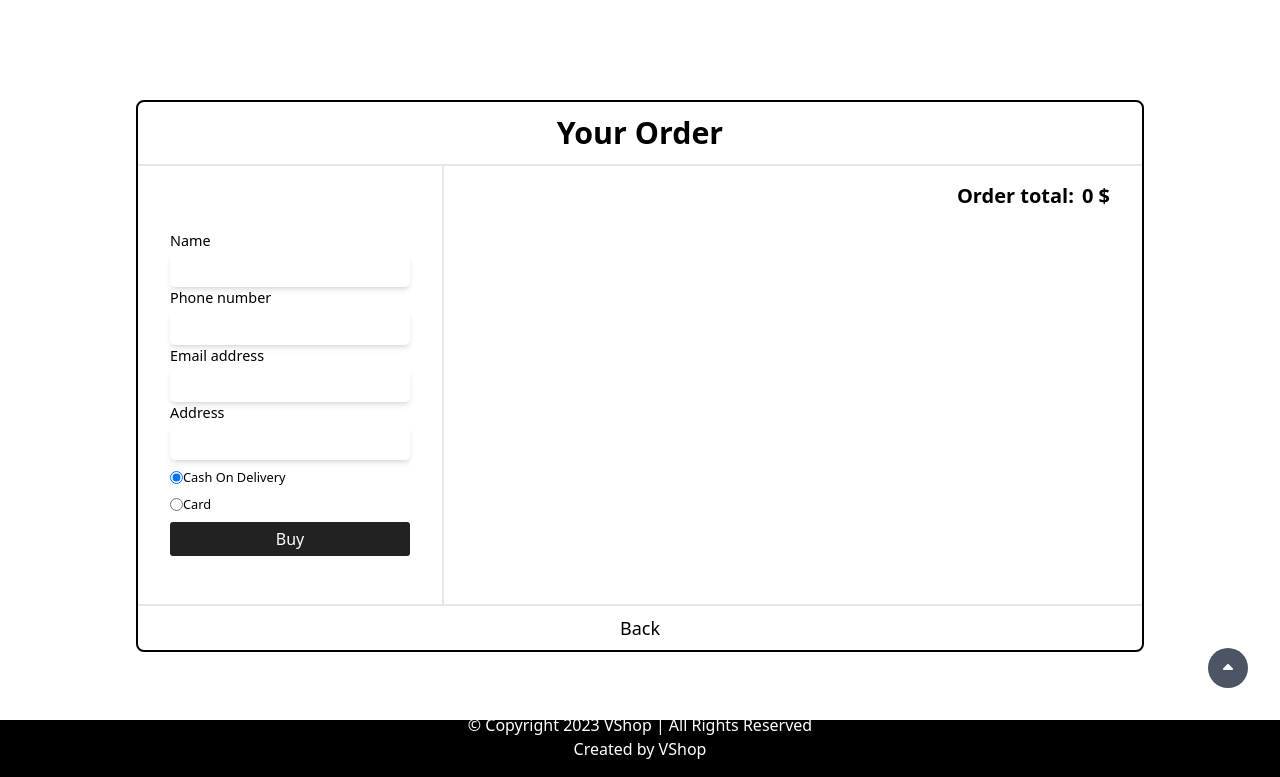
Repository: Kith933UTH/VSHOP
Page: /payment
These files come from the project's save history. The page is drawn as it stood at one moment and after the next save; the edit follows.
The browser window is 1280 px wide. The pictures show the whole page.
Pictures or frames that could not be fetched are drawn as grey boxes. The project was rebuilt for these pictures with package versions that can differ from the ones it lists, and the page was loaded fresh each time. Also part of the build but not shown: src/components/product-item/ProductItem.js, src/components/loader/Loader.js, src/constants/constants.js, src/components/product-filters/Category.js, src/components/product-filters/Price.js, src/components/product-filters/Rating.js, src/components/product-filters/ProductFilters.js, src/components/cart-shopping/CartEmpty.js and 21 more.

Above is the page before, as saved 2023-08-05 00:27:50.

### public/index.html
<!DOCTYPE html>
<html lang="en">
  <head>
    <meta charset="utf-8" />
    <link rel="icon" href="./logo.png" />
    <meta name="viewport" content="width=device-width, initial-scale=1" />
    <meta name="theme-color" content="#000000" />
    <meta
      name="description"
      content="Web site created using create-react-app"
    />
    <link rel="apple-touch-icon" href="%PUBLIC_URL%/logo192.png" />
    <!--
      manifest.json provides metadata used when your web app is installed on a
      user's mobile device or desktop. See https://developers.google.com/web/fundamentals/web-app-manifest/
    -->
    <link rel="manifest" href="%PUBLIC_URL%/manifest.json" />
    <!--
      Notice the use of %PUBLIC_URL% in the tags above.
      It will be replaced with the URL of the `public` folder during the build.
      Only files inside the `public` folder can be referenced from the HTML.

      Unlike "/favicon.ico" or "favicon.ico", "%PUBLIC_URL%/favicon.ico" will
      work correctly both with client-side routing and a non-root public URL.
      Learn how to configure a non-root public URL by running `npm run build`.
    -->
    <title>VShop</title>
  </head>
  <body>
    <noscript>You need to enable JavaScript to run this app.</noscript>
    <div id="root"></div>
  </body>
</html>

### src/index.js
import React from 'react'
import ReactDOM from 'react-dom/client'
import App from './App'
import {Provider} from "react-redux"
import {BrowserRouter} from "react-router-dom"
import {store} from "./redux"
import './index.css'

const root = ReactDOM.createRoot(document.getElementById('root'))
root.render(
    <Provider store={store}>
        <BrowserRouter>
            <App />
        </BrowserRouter>
    </Provider>
)

### src/redux/index.js
import {configureStore} from "@reduxjs/toolkit"
import {productsApi} from "./products/products.api"
import {productReducer} from "./products/products.slice"
import {setupListeners} from "@reduxjs/toolkit/query"

export const store = configureStore({
    reducer: {
        [productsApi.reducerPath]: productsApi.reducer,
        product: productReducer
    },
    middleware: getDefaultMiddleware => getDefaultMiddleware().concat(productsApi.middleware)
})

setupListeners(store.dispatch)

### src/index.css
@tailwind base;
@tailwind components;
@tailwind utilities;

@layer utilities {
    input[type="number"]::-webkit-inner-spin-button,
    input[type="number"]::-webkit-outer-spin-button {
        @apply appearance-none;
    }
}

html, body {
    width: 100%;
    height: 100%;
}

body::-webkit-scrollbar,
.box-item::-webkit-scrollbar,
.search-box::-webkit-scrollbar{
    width: 8px;
}

main {
    display: flex;
    flex-direction: column;
    height: 100%;
}

body::-webkit-scrollbar-thumb,
.box-item::-webkit-scrollbar-thumb,
.search-box::-webkit-scrollbar-thumb{
    background-color: #ccc;
    border-radius: 20px;
}

#root {
    height: 100%;
}

body {
    overflow: hidden;
}

.productItem:hover {
    transition: opacity .3s linear;
    opacity: .5;
}

.box-item {
    height: 320px;
    overflow-y: scroll;
}

/* Loader */
.loader-box {
    width: 100px;
    height: 100px;
    display: flex;
    justify-content: center;
    align-items: center;
    margin: 50px auto 0;
}

.loader{
    position: relative;
    width: 70px;
    height: 70px;
}

.loader span {
    position: absolute;
    top:0;
    left: 0;
    width: 100%;
    height: 100%;
    transform: rotate(calc(18deg * var(--i)));
}

.loader span::before {
    content:'';
    position: absolute;
    top: 0;
    left: 0;
    width: 10px;
    height: 10px;
    background: #000;
    border-radius: 50%;
    transform: scale(0);
    animation: animate 2s linear infinite;
    animation-delay: calc(0.1s * var(--i));
}
@keyframes animate {
    0%{
        transform: scale(0);
    }
    10%{
        transform: scale(1.2);
    }
    80%,100%{
        transform: scale(0);
    }
}

### src/context/context.js
import {createContext} from "react"

export const Context = createContext()

### src/components/footer/Footer.js
import React from "react"
import { Contact } from "../contact/Contact"
import { Policy } from "../policy/Policy"
export function Footer() {
    return (
        <footer className='bg-black text-white in-h-fit'>
            {/* <div className='max-w-[1240px] mx-auto py-2 text-sm sm:text-base'>
                <div className='flex justify-center'>
                    <a href='https://github.com/VolodymyrGoshko/react-shop'
                       target='_blank'
                       rel="noreferrer"
                       className='capitalize border-b mb-3 text-base hover:text-gray-300 transition'
                    >
                        view source code on github
                    </a>
                </div>
                <div className='flex justify-center flex-col items-center'>
                    <p className='text-center'>© Copyright 2022 React Shop | All Rights Reserved</p>
                    <a href='https://www.linkedin.com/in/volodymyr-goshko-656ab920b/'
                       target="_blank"
                       rel="noreferrer"
                       className='hover:text-gray-300 transition'
                    >
                        Created by Volodymyr Goshko
                    </a>
                </div>
            </div> */}
            <Contact />
            <Policy />
            <div className='flex justify-center flex-col items-center my-4'>
                    <p className='text-center'>© Copyright 2023 VShop | All Rights Reserved</p>
                    <a href='#' className='hover:text-gray-300 transition' >
                        Created by VShop
                    </a>
                </div>
        </footer>
    )
}

### src/components/btn-scroll/BtnScroll.js
import React from "react"
import {FontAwesomeIcon} from "@fortawesome/react-fontawesome"
import {faCaretUp} from "@fortawesome/free-solid-svg-icons"

export function BtnScroll() {
    const topClick = () => {
        const body = document.querySelector('body').getBoundingClientRect().top + window.scrollY
        window.scroll({
            top: body,
            behavior: 'smooth'
        })
    }

    return (
        <button
            className='fixed bottom-8 right-4 bg-gray-600 text-white rounded-full w-[30px] h-[30px] md:w-[40px] md:h-[40px] md:right-8 md:bottom-8 z-20 shadow-gray-600'
            onClick={topClick}
        >
            <FontAwesomeIcon icon={faCaretUp}/>
        </button>
    )
}

### src/components/payment/Payment.js
import React from "react"
import {useDispatch, useSelector} from "react-redux"
import { Link, useNavigate } from "react-router-dom"
import { CartItemPayment } from "./CartItemPayment"
import './index.css'
export function Payment({login}) {
    const navigate = useNavigate()
    const {cart, btnCart} = useSelector(state => state.product)
    const totalPrice = () => {
        let price = 0
        cart.forEach(item => price += item.price * item.quantity)
        return Math.round(price * 0.9 * 100) / 100
    }

    return (
        <div className="payment-page text-center m-5-auto flex justify-center">
            <div className="border-2 rounded-lg border-black w-max h-fit">
            <h2 className="p-2">Your Order</h2>
            <div className="flex flex-row justify-center border-y-2">
                <form className="border-none bg-none m-0" action="/success">
                    <p>
                        <label>Name</label><br/>
                        <input className='shadow-md' type="text" name="name" required />
                    </p>
                    <p>
                        <label>Phone number</label><br/>
                        <input className='shadow-md' type="tel" name="tel" required />
                    </p>
                    <p>
                        <label>Email address</label><br/>
                        <input className='shadow-md' type="email" name="email" required />
                    </p>
                    <p>
                        <label>Address</label><br/>
                        <input className='shadow-md'  type="text" name="address" required />
                    </p>
                    <p className='flex justify-start pt-2'>
                        <input className='' type="radio" name="checkbox" defaultChecked/> <span>Cash On Delivery</span>
                    </p>
                    <p className='flex justify-start py-2'>
                        <input className='' type="radio" name="checkbox" /> <span>Card</span>
                    </p>

                    <p>
                        <button id="sub_btn"  type="submit">Buy</button>
                    </p>
                </form>
                <div className={`min-w-[700px] border-l-2 px-4 ${cart.length > 2 ? 'box-item' : ''}`}>
                    {cart.map(item => <CartItemPayment key={item.id} item={item}/>)}
                    <div className='flex justify-center sm:justify-end pt-4'>
                        <div className='w-fit rounded-xl flex flex-col justify-between items-center sm:flex-row'>
                            <div className='mr-0 sm:mr-4 font-semibold'>
                                <span className='mr-2 text-base sm:text-xl'>Order total:</span>
                                <span className='text-base sm:text-xl'>{totalPrice()} $</span>
                            </div>
                        </div>
                    </div>
                </div>
            </div>
            <footer>
                <button className="text-lg p-2" onClick={() => navigate(-1)}>Back</button>
            </footer>
            </div>
        </div>
    )
}

### src/redux/products/products.api.js
import {createApi, fetchBaseQuery} from "@reduxjs/toolkit/query/react"

export const productsApi = createApi({
    reducerPath: 'products/api',
    baseQuery: fetchBaseQuery({
        baseUrl: 'https://fakestoreapi.com'
    }),
    // refetchOnFocus: true,
    endpoints: build => ({
        getProductsAll: build.query({
            query:() => ({
                url: '/products'
            })
        }),
        getProductById: build.query({
            query:(id) => ({
                url: `/products/${id}`
            })
        }),
        getProductByCategory: build.query({
            query:(category) => ({
                url: `/products/category/${category}`
            })
        })
    })
})

export const {
    useGetProductsAllQuery,
    useGetProductByIdQuery,
    useGetProductByCategoryQuery
} = productsApi

### src/components/policy/Policy.js
import React from "react"
import { Link } from "react-router-dom"
export function Policy() {
    return (
        <div className='text-white in-h-fit max-w-[1240px] mx-auto py-2 text-sm sm:text-base flex justify-around items-cente'>
            <Link className='text-lg font-medium text-center' to='/return-policy'>
                RETURN POLICIES
            </Link>
            <Link className='text-lg font-medium text-center' to='/warranty-policy'>
                WARRANTY POLICIES
            </Link>
            <Link className='text-lg font-medium text-center' to='/shipping-policy'>
                SHIPPING POLICIES
            </Link>
        </div>
    )
}

### src/components/login/index.css
/* .m-5-auto {
    margin: 5rem auto
} */

.primary-button {
    margin-top: 5rem;
    margin-right: 1rem;
    padding: .6rem;
    width: 10rem;
    background: #222;
    border: none;
    color: #fff;
    font-size: 1.2rem;
    transition: all .5s;
    cursor: pointer;
    text-transform: capitalize
}

/***    Landing Page     ***/
.main-title,
.main-para {
    color: #f1f1f1
}

.main-title {
    padding-top: 10rem;
    font-size: 5rem;
    font-family: 'Fascinate', cursive;
    text-transform: uppercase
}

.main-para {
    font-size: 2.5rem;
    text-Transform: capitalize
}

#reg_btn span {
    display: inline-block;
    position: relative;
    transition: 0.5s;
}

#reg_btn span:after {
    content: '\00bb';
    position: absolute;
    opacity: 0;
    top: 0;
    right: -20px;
    transition: 0.5s;
}

#reg_btn:hover span {
  padding-right: 25px;
}

#reg_btn:hover span:after {
  opacity: 1;
  right: 0;
}

/***    Login Page     ***/
.login-page h2 {
    font-weight: 700;
    font-size: 1.9rem;
}
.login-page {
    position: fixed;
    top: 0;
    left: 0;
    right: 0;
    bottom: 0;
    z-index: 10;
    background-color: white;
    padding-top: 100px;
}

.login-page form {
    display: inline-block;
    background: #f3f3f3;
    border: 1px solid #ddd;
    border-radius: 2px;
    padding: 2rem;
    margin: 2rem 0 1rem 0
}

.login-page form label {
    float: left;
    font-size: .9rem;
    margin: 0;
    padding: 0
}

.right-label {
    float: right;
    cursor: pointer
}

.login-page input {
    width: 15rem;
    padding: .3rem;
    border-radius: 5px;
    outline: none;
    border: none
}

#sub_btn {
    display: block;
    width: 100%;
    padding: .3rem;
    border: none;
    background: #222;
    color: #fff;
    border-radius: 3px;
}

#sub_btn:hover {
    background: #333;
    transition: all .5s
}

/* footer p {
    margin: 0;
    font-size: .9rem
} */

/***    Register Page     ***/
#checkbox {
    width: 1rem
}

form span {
    font-size: .8rem
}

#reset_pass_lbl {
    float: left
}

/***    Home Page     ***/
.home-page-title {
    color: #222
}


.register-page input {
    width: 15rem;
    padding: .3rem;
    border-radius: 5px;
    outline: none;
    border: none
}

.register-page h2 {
    font-weight: 700;
    font-size: 1.9rem;
}
.register-page {
    position: fixed;
    top: 0;
    left: 0;
    right: 0;
    bottom: 0;
    z-index: 10;
    background-color: white;
    padding-top: 100px;
}

.register-page form {
    display: inline-block;
    background: #f3f3f3;
    border: 1px solid #ddd;
    border-radius: 2px;
    padding: 2rem;
    margin: 2rem 0 1rem 0
}

.register-page form label {
    float: left;
    font-size: .9rem;
    margin: 0;
    padding: 0
}

### src/components/payment/index.css
.payment-page input:not(.payment-page input[type=radio]){
    width: 15rem;
    padding: .3rem;
    border-radius: 5px;
    outline: none;
    border: none
}

.payment-page h2 {
    font-weight: 700;
    font-size: 1.9rem;
}
.payment-page {
    position: fixed;
    top: 0;
    left: 0;
    right: 0;
    bottom: 0;
    z-index: 10;
    background-color: white;
    padding-top: 100px;
}

.payment-page form {
    display: inline-block;
    padding: 2rem;
    margin: 2rem 0 1rem 0
}

.payment-page form label {
    float: left;
    font-size: .9rem;
    margin: 0;
    padding: 0
}

### src/components/contact/index.css
.contact-section {
    /* height: 96vh; */
    width: 100%;
    border-bottom: 1px solid #999;
}

.form-area {
    position: relative;
    /* height:84vh; */
    width: 100%;
    background: black;
    -webkit-box-sizing: border-box;
    box-sizing: border-box;
}

.form-area .form-wrap {
    /* position: absolute; */
    /* left: 50%;
    -webkit-transform: translateX(-50%);
    -ms-transform: translateX(-50%);
    transform: translateX(-50%); */
    width: 1120px;
    background-color: white;
    background-size: cover;
    background-position: center;
    border-radius: 0.2rem;
    -webkit-box-sizing: border-box;
    box-sizing: border-box;
    -webkit-box-shadow: 0 0 0.4rem 0 #999;
    box-shadow: 0 0 0.4rem 0 #999;
}

.form-wrap .title {
    padding-top: 2.4rem;
    width: 100%;
    -webkit-box-sizing: border-box;
    box-sizing: border-box;
}

.form-wrap .title h1 {
    color: black;
    font-size: 2.6rem;
    text-align: center;
}

.form-wrap .contact-area {
    padding-top: 3rem;
    display: -webkit-box;
    display: -ms-flexbox;
    display: flex;
    width: 100%;
    height: auto;
    -webkit-box-sizing: border-box;
    box-sizing: border-box;
}

.contact-area .contact-info {
    display: flex;
    flex-direction: column;
    justify-content: center;
    align-items: center;
    width: 35%;
    height: 100%;
    margin-left: 6rem;
}

.contact-info>div {
    margin-bottom: 1rem;
    display: -webkit-box;
    display: -ms-flexbox;
    display: flex;
    -webkit-box-align: center;
    -ms-flex-align: center;
    align-items: center;
}

.contact-info>div>p {
    color: #333;
    font-size: 1.4rem;
    font-weight: 500;
    text-align: center;
}

.contact-info>div>span {
    color: #61790a;
    font-size: 2rem;
    margin-right: 0.8rem;
}

.contact-area .contact-form {
    display: -webkit-box;
    display: -ms-flexbox;
    display: flex;
    -webkit-box-orient: vertical;
    -webkit-box-direction: normal;
    -ms-flex-direction: column;
    flex-direction: column;
    width: 60%;
    height: auto;
    padding: 0 3rem;
    -webkit-box-sizing: border-box;
    box-sizing: border-box;
}

.contact-form .name-field {
    display: -webkit-box;
    display: -ms-flexbox;
    display: flex;
    -webkit-box-pack: justify;
    -ms-flex-pack: justify;
    justify-content: space-between;
}

.name-field .input-area {
    width: 48%;
}

.contact-form .input-area {
    position: relative;
    margin-bottom: 2rem;
}

.input-area input {
    height: 3rem;
    width: 100%;
    color: #333;
    font-size: 1.2rem;
    border: 2px solid #fff;
    border-radius: 0.2rem;
    /* background: #eff; */
    -webkit-box-shadow: 0 0 0.1rem #666;
    box-shadow: 0 0 0.1rem #666;
    outline: none;
    padding: 0 1rem;
    -webkit-box-sizing: border-box;
    box-sizing: border-box;
    -webkit-transition: all 0.3s ease;
    -o-transition: all 0.3s ease;
    transition: all 0.3s ease;
}

.input-area label {
    position: absolute;
    top: 50%;
    left: 1rem;
    -webkit-transform: translateY(-50%);
    -ms-transform: translateY(-50%);
    transform: translateY(-50%);
    color: #333;
    font-size: 1.2rem;
    font-weight: 500;
    -webkit-transition: all 0.3s ease;
    -o-transition: all 0.3s ease;
    transition: all 0.3s ease;
}

.input-area input:focus~label,
.input-area input:valid~label {
    top: -0.8rem;
    left: 0;
    color: #fff;
    background: #111;
    border-radius: 5px;
    padding: 0.2rem;
    font-size: 1rem;
}

.contact-form .message-area {
    position: relative;
    -webkit-box-flex: 1;
    -ms-flex: 1 1 auto;
    flex: 1 1 auto;
    height: 200px;
    width: 100%;
}

.message-area textarea {
    height: 100%;
    width: 100%;
    border: 2px solid #fff;
    outline: none;
    font-size: 1.2rem;
    padding: 1rem;
    color: #333;
    -webkit-box-sizing: border-box;
    box-sizing: border-box;
    -webkit-box-shadow: 0 0 0.1rem #666;
    box-shadow: 0 0 0.1rem #666;
    border-radius: 0.2rem;
    resize: vertical;
    -webkit-transition: all 0.3s ease;
    -o-transition: all 0.3s ease;
    transition: all 0.3s ease;
}

.message-area label {
    position: absolute;
    color: #333;
    font-weight: 500;
    font-size: 1.2rem;
    top: 1rem;
    left: 1rem;
    -webkit-transition: all 0.3s ease;
    -o-transition: all 0.3s ease;
    transition: all 0.3s ease;
}

.message-area textarea:focus~label,
.message-area textarea:valid~label {
    top: -1.6rem;
    left: 0;
    color: #fff;
    padding: 0.2rem;
    background: #111;
    font-size: 1rem;
}

.contact-form .btn {
    margin-top: 1.8rem;
}

.contact-form .btn button {
    height: 3.2rem;
    width: 8rem;
    border: none;
    outline: none;
    color: #fff;
    font-size: 1.2rem;
    background: black;
    border-radius: 0.1rem;
    cursor: pointer;
}

#contact.menu-active {
    padding-top: 2rem;
}

### src/components/contact/reponsive.css
@media screen and (min-width: 940px) and (max-width: 1360px) {
    /* .contact-section {
        height: 107vh;
    } */
    .form-area .form-wrap {
        width: 90%;
        height: 620px;
    }
}

@media screen and (max-width: 1040px) {
    .contact-area .contact-info {
        margin-left: 0;
        display: flex;
        flex-direction: column;
        justify-content: center;
        align-items: center;
    }

    .contact-area .contact-form {
        padding: 0 1.8rem;
    }

}



@media screen and (max-width: 940px) {
    /* .contact-section {
        height: 148vh;
    } */

    .form-area .form-wrap {
        padding-bottom: 3.6rem;
        width: 80%;
        height: auto;
    }

    .form-wrap .contact-area {
        -webkit-box-orient: vertical;
        -webkit-box-direction: normal;
        -ms-flex-direction: column;
        flex-direction: column;
        -webkit-box-pack: center;
        -ms-flex-pack: center;
        justify-content: center;
    }

    .contact-area .contact-info {
        width: 100%;
    }

    .contact-area .contact-form {
        width: 100%;
        padding: 1rem 4rem 0 4rem;
    }
}

/*
@media screen and (max-width: 836px) {
    .contact-section {
        min-height: 96vh;
    }
} */

@media screen and (max-width: 770px) {
    .contact-section {
        height: 1100px;
    }

    .form-area .form-wrap {
        width: 88%;
        height: auto;
    }
}

@media screen and (max-width: 680px) {
    .contact-section {
        height: 1100px;
    }


    .form-area .form-wrap {
        /* top: -82%; */
        width: 88%;
        height: auto;
    }

}


@media screen and (max-width: 490px) {
    .contact-section {
        height: 1100px;
    }

    .contact-area .contact-info {
        width: 88%;
        margin-left: 1.2rem;
    }

    .form-area .form-wrap {
        /* top: -82%; */
        width: 88%;
        height: auto;
    }

    .contact-info>div>p {
        font-size: 1.2rem;
    }

    .contact-area .contact-form {
        margin-top: 1.4rem;
        padding: 0 1.2rem;
    }

}

@media screen and (max-width: 390px) {
    .contact-section {
        height: 1130px;
    }

    .contact-area .contact-info {
        width: 80%;
        /* margin-left: 1.2rem; */
    }

    .form-area .form-wrap {
        width: 90%;
        height: auto;
    }

    .contact-info>div>p {
        font-size: 1.2rem;
    }

    .contact-area .contact-form {
        width: 100%;
        padding: 1rem 1rem 0 1rem;
    }
}


@media screen and (max-width: 340px) {
    .contact-section {
        height: 980px;
    }

    .form-area .form-wrap {
        top: -86%;
        width: 96%;
    }

    .contact-area  {
        width: 100%;
    }

    .contact-area .contact-info {
        width: 100%;
        margin-left: 1rem;
    }

    .form-wrap .title h1 {
        font-size: 2rem;
    }

    .contact-info>h2 {
        font-size: 1.6rem;
    }

    .contact-info>div>p {
        font-size: 1rem;
    }

    .contact-info>div>span {
        font-size: 1.2rem;
    }

    .input-area label {
        font-size: 1rem;
    }

    .message-area label {
        font-size: 1rem;
    }

}

Loaded but not shown: tailwind.config.js (common file); src/components/contact/Contact.js (66 lines, source omitted); src/App.js (48 lines, source omitted); src/redux/products/products.slice.js (60 lines, source omitted)

After the next save:
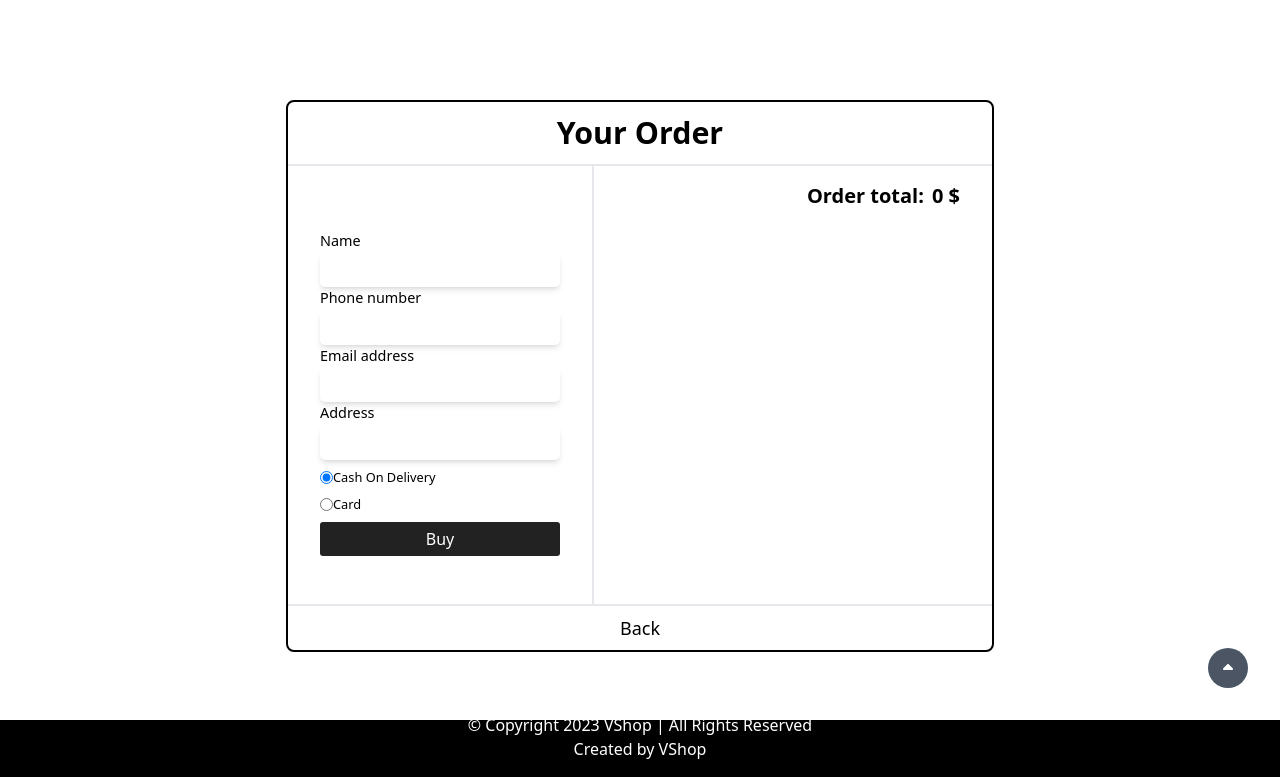
Saved 8 s later.
--- a/src/components/payment/Payment.js
+++ b/src/components/payment/Payment.js
@@ -45,7 +45,7 @@ export function Payment({login}) {
                         <button id="sub_btn"  type="submit">Buy</button>
                     </p>
                 </form>
-                <div className={`min-w-[700px] border-l-2 px-4 ${cart.length > 2 ? 'box-item' : ''}`}>
+                <div className={`min-w-[400px] border-l-2 px-4 ${cart.length > 2 ? 'box-item' : ''}`}>
                     {cart.map(item => <CartItemPayment key={item.id} item={item}/>)}
                     <div className='flex justify-center sm:justify-end pt-4'>
                         <div className='w-fit rounded-xl flex flex-col justify-between items-center sm:flex-row'>
